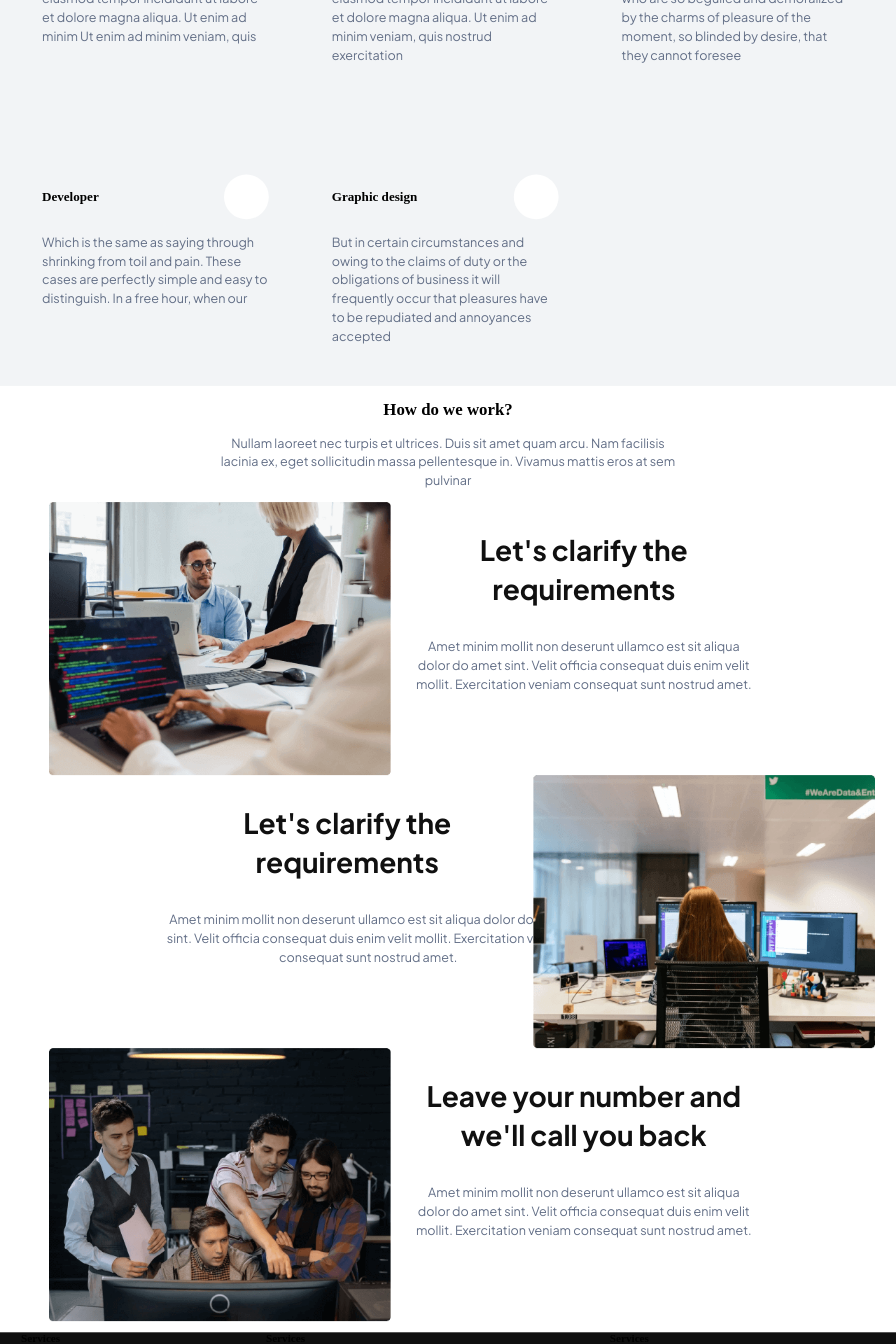
Repository: UlugbekAbdurasulov/pixar
Page: index.html
These files come from the project's save history. The page is drawn as it stood at one moment and after the next save; the edit follows.
The browser window is 1280 px wide. The pictures show the part of the page from y = 945 to 2865 px (the page is 3158 px tall before and 4088 px after), at 70% of full size.

Above is the page before, as saved 2023-06-05 04:30:27.

### index.html
<!DOCTYPE html>
<html lang="en">
  <head>
    <meta charset="UTF-8" />
    <meta http-equiv="X-UA-Compatible" content="IE=edge" />
    <meta name="viewport" content="width=device-width, initial-scale=1.0" />

    <link rel="stylesheet" href="./css/main.css" />
    <title>Imthon</title>
  </head>
  <body>
    <header class="navbar">
      <div class="container">
        <div class="navbar-box">
          <div class="navvar-right">
            <a href="#"
              ><img
                src="./image/logo.svg"
                width="81"
                height="28"
                alt="pixer campaign lagatip"
            /></a>

            <nav class="navbar-naving">
              <ul class="navvar-helper">
                <li class="navbar-menu">
                  <a class="navbar-menu-link" href="#"><p>Services</p></a>
                </li>
                <li class="navbar-menu">
                  <a class="navbar-menu-link" href="#"><p>Portfolio</p></a>
                </li>
                <li class="navbar-menu">
                  <a class="navbar-menu-link" href="#"><p>Team</p></a>
                </li>
                <li class="navbar-menu">
                  <a class="navbar-menu-link" href="#"><p>Blog</p></a>
                </li>
                <li class="navbar-menu">
                  <a class="navbar-menu-link" href="#"><p>Contacts</p></a>
                </li>
              </ul>
            </nav>
          </div>
          <div class="navbar-link">
            <a class="navbar-enker" href="tel:2395550108">(239) 555-0108 </a>
          </div>
        </div>
      </div>
    </header>
    <hr />




        <div class="container">
            <div  class="hero">
                <div class="hero-wrapper">
                    <div class="hero-wrapper-information">
                        <h1 class="hero-wrapper-footer">
                            Take your   business to the next level take out
                        </h1>
                        <p class="hero-wrapper-text">
                            Nullam laoreet nec turpis et ultrices. Duis sit amet quam arcu. Nam facilisis lacinia ex, eget sollicitudin massa pellentesque in. Vivamus mattis eros at sem pulvinar
                        </p>
                       <a class="hero-wrapper-enker" href="#">Learn more</a>
                    </div>
                    <img src="./image/You-Tube.png" width="532" height="334" alt="">
                </div>
            </div>
        </div>
    </menu>
    <section class="service">
      <div class="container">
        <ul class="service-list">
          <li class="service-item"> <div class="service-title-wrapper"> <h3 >Web Designer</h3> <div class="service-item-img-wrapper"><img src="" alt=""></div></div> <p class="service-item-desc">Lorem ipsum dolor sit amet, consectetur adipiscing elit, sed do eiusmod tempor incididunt ut labore et dolore magna aliqua. Ut enim ad minim Ut enim ad minim veniam, quis </p> <a class="service-item-link" href="#"></a></li>
          <li class="service-item"> <div class="service-title-wrapper"> <h3>SMM</h3> <div class="service-item-img-wrapper"><img src="" alt=""></div></div> <p class="service-item-desc">Lorem ipsum dolor sit amet, consectetur adipiscing elit, sed do eiusmod tempor incididunt ut labore et dolore magna aliqua. Ut enim ad minim veniam, quis nostrud exercitation  </p> <a class="service-item-link" href="#"></a></li>
          <li class="service-item"> <div class="service-title-wrapper"> <h3>Branding</h3> <div class="service-item-img-wrapper"><img src="" alt=""></div></div> <p class="service-item-desc">No the other hand, we denounce with righteous indignation and dislike men who are so beguiled and demoralized by the charms of pleasure of the moment, so blinded by desire, that they cannot foresee </p> <a class="service-item-link" href="#"></a></li>
          <li class="service-item"> <div class="service-title-wrapper"> <h3>Developer</h3> <div class="service-item-img-wrapper"><img src="" alt=""></div></div> <p class="service-item-desc">Which is the same as saying through shrinking from toil and pain. These cases are perfectly simple and easy to distinguish. In a free hour, when our </p> <a class="service-item-link" href="#"></a></li>
          <li class="service-item"> <div class="service-title-wrapper"> <h3>Graphic design</h3> <div class="service-item-img-wrapper"><img src="" alt=""></div></div> <p class="service-item-desc">But in certain circumstances and owing to the claims of duty or the obligations of business it will frequently occur that pleasures have to be repudiated and annoyances accepted</p> <a class="service-item-link" href="#"></a></li>
        </ul>
      </div>
    </section>


  <section>
    <div class="container">

      <div class="Services">
        <h2  class="Services-work">How do we work?</h2>
        <p class="services-work-text">Nullam laoreet nec turpis et ultrices. Duis sit amet quam arcu. Nam facilisis lacinia ex, eget sollicitudin massa pellentesque in. Vivamus mattis eros at sem pulvinar</p>
      </div>
   <ul>
    <li class="services-work"><img src="./image/lissining.png" alt=""> <div class="Services-cantent"><h3 class="Services-footer">Let's clarify the requirements</h3> <p class="Services-text"> Amet minim mollit non deserunt ullamco est sit aliqua dolor do amet sint. Velit officia consequat duis enim velit mollit. Exercitation veniam consequat sunt nostrud amet. </p></div></li>
    <li class="services-work roower"><img src="./image/work.png" width="488" height="390"  alt=""> <div class="Services-cantent cantent"><h3 class="Services-footer">Let's clarify the requirements</h3> <p class="Services-text text-ser"> Amet minim mollit non deserunt ullamco est sit aliqua dolor do amet sint. Velit officia consequat duis enim velit mollit. Exercitation veniam consequat sunt nostrud amet. </p></div></li>
    <li class="services-work"><img src="./image/team.png" alt=""> <div class="Services-cantent"><h3 class="Services-footer">Leave your number and we'll call you back</h3> <p class="Services-text"> Amet minim mollit non deserunt ullamco est sit aliqua dolor do amet sint. Velit officia consequat duis enim velit mollit. Exercitation veniam consequat sunt nostrud amet. </p></div></li>
   </ul>
    </div>
  </section>




  <footer class="sayt-footer">


      <div class="sayt-footer-start">

        <div class="container">
<div class="sayt-footer-start-box">
  <div class="boxxing">
  <div class="sayt-footer-start-services">
    <strong>Services</strong>
    <ul class="sayt-footer-start-child">
      <li  class="sayt-footer-start-text"><a class="sayt-footer-start-text"href="#" > SMM </a></li>
      <li class="sayt-footer-start-text"><a class="sayt-footer-start-text" href="#"> Web development</a></li>
      <li class="sayt-footer-start-text" ><a class="sayt-footer-start-text" href="#"> Mobile apps </a></li>
      <li class="sayt-footer-start-text"><a class="sayt-footer-start-text" href="#"> Branding </a></li>
      <li class="sayt-footer-start-text"><a class="sayt-footer-start-text" href="#"> Graphic design </a></li>
    </ul>

  </div>
  <div class="sayt-footer-start-Resources">
    <strong>Services</strong>
    <ul class="sayt-footer-start-child">
      <li class="sayt-footer-start-text" ><a class="sayt-footer-start-text" href="#">About us</a></li>
      <li class="sayt-footer-start-text"><a class="sayt-footer-start-text" href="#">Showcase</a></li>
      <li class="sayt-footer-start-text"><a class="sayt-footer-start-text" href="#">Blog</a></li>
    </ul>
  </div>
  </div>

  <div class="sayt-footer-start-Connect">
    <strong>Services</strong>
    <address class="sayt-footer-start-child-adress">
      <a class="sayt-footer-start-text" href="#">(239) 555-0108</a>
      <a class="sayt-footer-start-text" href="#">hello@pixer.com</a>
      <a class="sayt-footer-start-text" href="#">4140 Parker Rd. Allentown, New Mexico 31134</a>
    </address>
    <ul>
      <li></li>
    <li></li>
    <li></li>
    <li></li>

  </ul>

  </div>
</div>

        </div>

      </div>
      <div class="sayt-footer-bottom">
        <div class="container">

        </div>
      </div>

  </footer>
  </body>
</html>

### css/main.css
/* plus-jakarta-sans-regular - latin */
@font-face {
  font-display: swap; /* Check https://developer.mozilla.org/en-US/docs/Web/CSS/@font-face/font-display for other options. */
  font-family: "Plus Jakarta Sans";
  font-style: normal;
  font-weight: 400;
  src: url("../fontFamly/plus-jakarta-sans-v7-latin-regular.woff2")
      format("woff2"),
    /* Chrome 36+, Opera 23+, Firefox 39+, Safari 12+, iOS 10+ */
      url("../fontFamly/plus-jakarta-sans-v7-latin-regular.woff") format("woff"); /* Chrome 5+, Firefox 3.6+, IE 9+, Safari 5.1+, iOS 5+ */
}

@font-face {
  font-display: swap; /* Check https://developer.mozilla.org/en-US/docs/Web/CSS/@font-face/font-display for other options. */
  font-family: "Plus Jakarta Sans";
  font-style: italic;
  font-weight: 500;
  src: url("../fontFamly/plus-jakarta-sans-v7-latin-500italic.woff2")
      format("woff2"),
    /* Chrome 36+, Opera 23+, Firefox 39+, Safari 12+, iOS 10+ */
      url("../fontFamly/plus-jakarta-sans-v7-latin-500italic.woff")
      format("woff"); /* Chrome 5+, Firefox 3.6+, IE 9+, Safari 5.1+, iOS 5+ */
}

@font-face {
  font-display: swap; /* Check https://developer.mozilla.org/en-US/docs/Web/CSS/@font-face/font-display for other options. */
  font-family: "Plus Jakarta Sans";
  font-style: normal;
  font-weight: 600;
  src: url("../fontFamly/plus-jakarta-sans-v7-latin-600.woff2") format("woff2"),
    /* Chrome 36+, Opera 23+, Firefox 39+, Safari 12+, iOS 10+ */
      url("../fontFamly/plus-jakarta-sans-v7-latin-600.woff") format("woff"); /* Chrome 5+, Firefox 3.6+, IE 9+, Safari 5.1+, iOS 5+ */
}

@font-face {
  font-display: swap; /* Check https://developer.mozilla.org/en-US/docs/Web/CSS/@font-face/font-display for other options. */
  font-family: "Plus Jakarta Sans";
  font-style: normal;
  font-weight: 700;
  src: url("../fontFamly/plus-jakarta-sans-v7-latin-700.woff2") format("woff2"),
    /* Chrome 36+, Opera 23+, Firefox 39+, Safari 12+, iOS 10+ */
      url("../fontFamly/plus-jakarta-sans-v7-latin-700.woff") format("woff"); /* Chrome 5+, Firefox 3.6+, IE 9+, Safari 5.1+, iOS 5+ */
}

* {
  box-sizing: border-box;
  text-decoration: none;
  list-style: none;
}
body {
  margin: 0;
  padding: 0;
  background-color: #fff;
  font-family: "Plus Jakarta Sans", "Arial" sans-serif;
}
.container {
  width: 1260px;
  margin: 0px auto;
  padding: 0 20px;
}

.visually-hidden {
  position: absolute;
  width: 1px;
  height: 1px;
  margin: -1px;
  padding: 0;
  overflow: hidden;
  border: 0;
  clip: rect(0 0 0 0)
}

.navbar-box {
  padding-top: 24px;
  padding-bottom: 24px;
  display: flex;
  justify-content: space-between;
  align-items: center;
  margin: 0;
}

.navvar-right {
  display: flex;
  justify-content: center;
  align-items: center;
  margin: 0;
}
.navvar-helper {
  display: flex;
  margin: 0;
}
.navbar-menu {
  margin-right: 30px;
}
.navbar-enker {
  color: #fff;
  margin: auto right;
  background: #101010;
  border-radius: 6px;
  padding: 12px 24px;
  margin-top: 24px;
}
.navbar-menu-link :hover {
  color: #1aab7b;
}
.navbar-menu-link :active{

  color: #1aab7b;
  opacity: 0.6;
}

.hr {
  background: #ffffff;
  border-bottom: 1px solid #eeeef4;
}
.hero {
  padding-top: 91px;
  padding-bottom: 156px;
}
.hero-wrapper {
  display: flex;
  justify-content: space-between;
  margin: 0;
}
.hero-wrapper-information {
  width: 550px;
  margin: 0 auto;
}

.hero-wrapper-footer {
  font-family: "Plus Jakarta Sans";
  font-style: normal;
  font-weight: 700;
  font-size: 56px;
  line-height: 140%;
  color: #101010;
  margin: 0;
}
.hero-wrapper-text {
  font-family: "Plus Jakarta Sans";
  font-style: normal;
  font-weight: 400;
  font-size: 18px;
  line-height: 150%;
  color: #636f87;

  margin-bottom: 40px;
}

/* .navbar-link{
        margin: 0 auto;
        padding-top: 24px;
    } */
.navbar-menu-link {
  font-family: "Plus Jakarta Sans";
  font-style: normal;
  font-weight: 500;
  font-size: 16px;
  line-height: 150%;

  color: #101010;
}
.hero-wrapper-enker {
  font-family: "Plus Jakarta Sans";
  font-style: normal;
  font-weight: 700;
  font-size: 16px;
  line-height: 120%;

  text-align: center;
  padding: 20px 40px;
  color: #fff;
  border: 1px #1aab7b solid;
  background-color: #1aab7b;
  border-radius: 6px;
}

.hero-wrapper-enker:hover {
  background: #ffffff;
  border: 1.5px solid #1aab7b;
  border-radius: 6px;
  color: #1aab7b;
}
.hero-wrapper-enker :active{
  background-color: #1aab7b;
  opacity: 0.7;
  color: #fff;
}

.Services {
  width: 650px;
  /* margin: 0 auto; */

  margin: 0 auto;
  text-align: center;
}
.services-work {
  display: flex;
}
.Services-cantent {
  width: 488px;
  margin-left: 32px;
}
.roower {
  flex-direction: row-reverse;
}
.cantent {
  width: 532px;
}
.sayt-footer-start-box {
  display: flex;
  justify-content: space-between;
}
.sayt-footer-start-services {
  margin-right: 151px;
}
.sayt-footer-start-Connect {
  margin: auto right;
}
.sayt-footer-start-child {
  margin: 0;
}
.Services-footer{
  font-family: 'Plus Jakarta Sans';
font-style: normal;
font-weight: 700;
font-size: 40px;
line-height: 140%;
color: #101010;
}
.Services-text{
  font-family: 'Plus Jakarta Sans';
  font-style: normal;
  font-weight: 400;
  font-size: 18px;
  line-height: 150%;
  color: #636F87;
}

.boxxing {
  display: flex;
}
.text-ser{
width: 592px;
margin-right: 20px;
}
.services-work{
  font-family: 'Plus Jakarta Sans';
font-style: normal;
font-weight: 600;
font-size: 36px;
line-height: 140%;
/* or 50px */

text-align: center;

color: #101010;


/* Inside auto layout */

flex: none;
order: 0;
flex-grow: 0;
}

.service-list{
  display: flex;
  flex-wrap: wrap;
  align-self: flex-start;
  row-gap: 70px;
  column-gap:30px

}
.services-work-text{
  font-family: 'Plus Jakarta Sans';
  font-style: normal;
  font-weight: 400;
  font-size: 18px;
  line-height: 150%;
  /* or 27px */

  text-align: center;

  color: #636F87;
}
.sayt-footer-start-text {
  font-family: "Plus Jakarta Sans";
  font-style: normal;
  font-weight: 500;
  font-size: 18px;
  line-height: 150%;
  margin: 26px 0 26px 0;
  color: #a1a8b7;
  row-gap: 26px;
  display: block;
  column-gap: 26px;
}
.sayt-footer {
  background-color: #101010;
}
.sayt-footer-start-text :hover{
  color: #1aab7b;
}
.sayt-footer-start-text :active{
  color: #1AAB7B;

opacity: 0.8;
}
.sayt-footer-start-child-adress{
  /* display: flex; */
  display: block;
}


.service-list{
  margin: 0;
  padding-left: 0;
  list-style: none;
}
.service-item{
  width: 384px;
  padding: 30px 30px 40px;
}
.service-title-wrapper{
  display: flex;
  justify-content: space-between;
  align-items:center;
  margin-bottom: 11px;
}
.service{
  background-color: #F2F4F6;
}
.service-item-img-wrapper{
  width: 64px;
  height: 64px;
  background-color: #FFFFFF;
border-radius: 84px;
}
.service-item-desc{
  font-family: 'Plus Jakarta Sans';
font-style: normal;
font-weight: 400;
font-size: 18px;
line-height: 150%;
/* or 27px */
color: #636F87;
}
.service-item-link{
  font-family: 'Plus Jakarta Sans';
font-style: normal;
font-weight: 700;
font-size: 20px;
line-height: 140%;
text-decoration: none;
font-variant: all-small-caps;

color: #000000;
}
.service-item:hover .service-item-desc{
  color:#fff;

}
.service-item:hover .service-item-title{
  color:#fff;

}
.service-item:hover .service-item-link{

  color:#fff;
text-decoration: underline;
}

.service-item:hover{
  background-color:#1AAB7B;
  color:#fff;

}

.service-item:hover .service-item-img-wrapper{
  background-color:#fff;
}
.service-item:hover .service-item-title{
  color:#fff;

}

### image/logo.svg
<svg width="81" height="28" viewBox="0 0 81 28" fill="none" xmlns="http://www.w3.org/2000/svg">
<path d="M0 27.3919V0.303287H9.34316C10.5077 0.295204 11.664 0.499932 12.7556 0.907471C13.7897 1.29072 14.742 1.86772 15.5618 2.6078C16.3947 3.36821 17.057 4.29789 17.5046 5.3351C17.9523 6.3723 18.175 7.49328 18.158 8.62358C18.1698 9.74744 17.9445 10.8611 17.497 11.8913C17.0496 12.9215 16.39 13.8449 15.5618 14.6008C14.7422 15.3412 13.7899 15.9182 12.7556 16.3011C11.6648 16.7088 10.5093 16.9139 9.34542 16.9065H4.25674V27.3862L0 27.3919ZM9.45604 12.8257C10.1017 12.8382 10.7431 12.7171 11.34 12.4697C11.8662 12.2485 12.3409 11.92 12.7341 11.5051C13.1055 11.1105 13.3993 10.649 13.5999 10.1448C13.7961 9.66446 13.8984 9.15069 13.9013 8.63152C13.8979 7.55157 13.4798 6.51456 12.7341 5.73642C12.3077 5.30129 11.7976 4.95789 11.2348 4.72715C10.672 4.49641 10.0684 4.38315 9.46056 4.39429H4.25674V12.8302L9.45604 12.8257Z" fill="#191919"/>
<path d="M21.4734 8.85371V27.3919H25.6556V8.85371H21.4734Z" fill="#191919"/>
<path d="M26.3611 2.83451C26.3674 3.20623 26.2989 3.57538 26.1598 3.91992C26.0208 4.26446 25.814 4.57731 25.5518 4.83977C25.2975 5.10879 24.9903 5.32169 24.6496 5.46494C24.3089 5.60819 23.9422 5.67864 23.573 5.6718V0.000627874C23.9422 -0.00592918 24.3088 0.0646457 24.6494 0.207876C24.9901 0.351106 25.2973 0.563865 25.5518 0.832657C25.8134 1.09484 26.0199 1.40716 26.1589 1.75105C26.2979 2.09495 26.3667 2.4634 26.3611 2.83451Z" fill="#35AF39"/>
<path d="M23.5696 0.000636352V5.67521C23.1955 5.68389 22.8238 5.61441 22.4779 5.47118C22.132 5.32795 21.8195 5.11409 21.5603 4.84318C21.2969 4.58076 21.0891 4.26751 20.9494 3.92231C20.8097 3.5771 20.7411 3.20708 20.7475 2.83452C20.7422 2.46314 20.8114 2.09449 20.9511 1.75055C21.0907 1.40662 21.2979 1.09445 21.5603 0.832666C21.8199 0.562198 22.1324 0.34864 22.4782 0.205443C22.824 0.0622456 23.1956 -0.00748732 23.5696 0.000636352Z" fill="#35AF39"/>
<path d="M34.8486 17.9709L28.481 8.85371H33.3417L37.3343 14.7176H37.4471L41.1722 8.85371H46.2203L39.7781 17.9709L46.3331 27.3919H41.3664L37.3726 21.3387H37.2598L33.2999 27.3919H28.3681L34.8486 17.9709Z" fill="#191919"/>
<path d="M65.2893 22.9653C64.4947 24.4194 63.3552 25.654 61.9717 26.5598C60.5419 27.5196 58.7843 27.9995 56.699 27.9995C55.3882 28.0133 54.088 27.7623 52.8757 27.2615C51.7354 26.7889 50.7032 26.0872 49.8426 25.1996C48.9783 24.302 48.2996 23.2413 47.8458 22.0789C47.3571 20.8192 47.1142 19.4769 47.1301 18.1251C47.1227 16.8268 47.3523 15.5382 47.8074 14.3231C48.2358 13.1637 48.8815 12.0975 49.7094 11.182C50.5737 10.2405 51.6261 9.49271 52.7979 8.98757C53.9696 8.48244 55.2344 8.23133 56.5094 8.25066C57.9392 8.25066 59.214 8.49022 60.3338 8.96934C61.4151 9.42349 62.3856 10.1076 63.1784 10.9746C63.9808 11.8743 64.5899 12.9305 64.9676 14.0771C65.3926 15.3558 65.6028 16.6966 65.5895 18.0446V18.3846C65.5654 18.4964 65.5526 18.6104 65.5512 18.7247C65.5266 18.8237 65.514 18.9253 65.5139 19.0274H51.3123C51.3651 19.8327 51.583 20.6185 51.9524 21.3353C52.2761 21.9571 52.7174 22.5096 53.2516 22.9619C53.7568 23.3856 54.3391 23.7067 54.9663 23.9073C55.562 24.1045 56.1847 24.2066 56.8119 24.21C58.016 24.21 59.0082 23.9202 59.7886 23.3405C60.5665 22.7601 61.2192 22.0274 61.7075 21.1868L65.2893 22.9653ZM61.4073 15.8149C61.3409 15.3791 61.2207 14.9534 61.0495 14.5476C60.85 14.0652 60.5555 13.6284 60.1837 13.2632C59.7461 12.8402 59.2354 12.5006 58.6767 12.2612C58.0619 11.9838 57.315 11.8452 56.436 11.8452C55.2319 11.8452 54.1957 12.2045 53.3273 12.9232C52.4588 13.6418 51.8749 14.6057 51.5753 15.8149H61.4073Z" fill="#191919"/>
<path d="M68.7547 8.85369H72.7055V11.6536H72.9313C73.1688 11.1616 73.4819 10.7102 73.8591 10.316C74.247 9.89965 74.6912 9.54019 75.1787 9.24817C75.6682 8.95657 76.186 8.71577 76.7241 8.5295C77.226 8.34898 77.7544 8.25397 78.2875 8.24837C78.8074 8.23859 79.3264 8.29612 79.8317 8.41954C80.2394 8.52653 80.632 8.68498 81 8.8911L79.7944 12.7123C79.4992 12.5808 79.1891 12.4856 78.8711 12.4289C78.4668 12.3607 78.0573 12.3288 77.6474 12.3337C77.0015 12.3262 76.3626 12.4698 75.7815 12.7531C75.2163 13.0321 74.7108 13.4195 74.2937 13.8935C73.8555 14.3945 73.5168 14.9752 73.2959 15.604C73.0551 16.2746 72.9339 16.9826 72.938 17.6954V27.3918H68.7614L68.7547 8.85369Z" fill="#191919"/>
</svg>

After the next save:
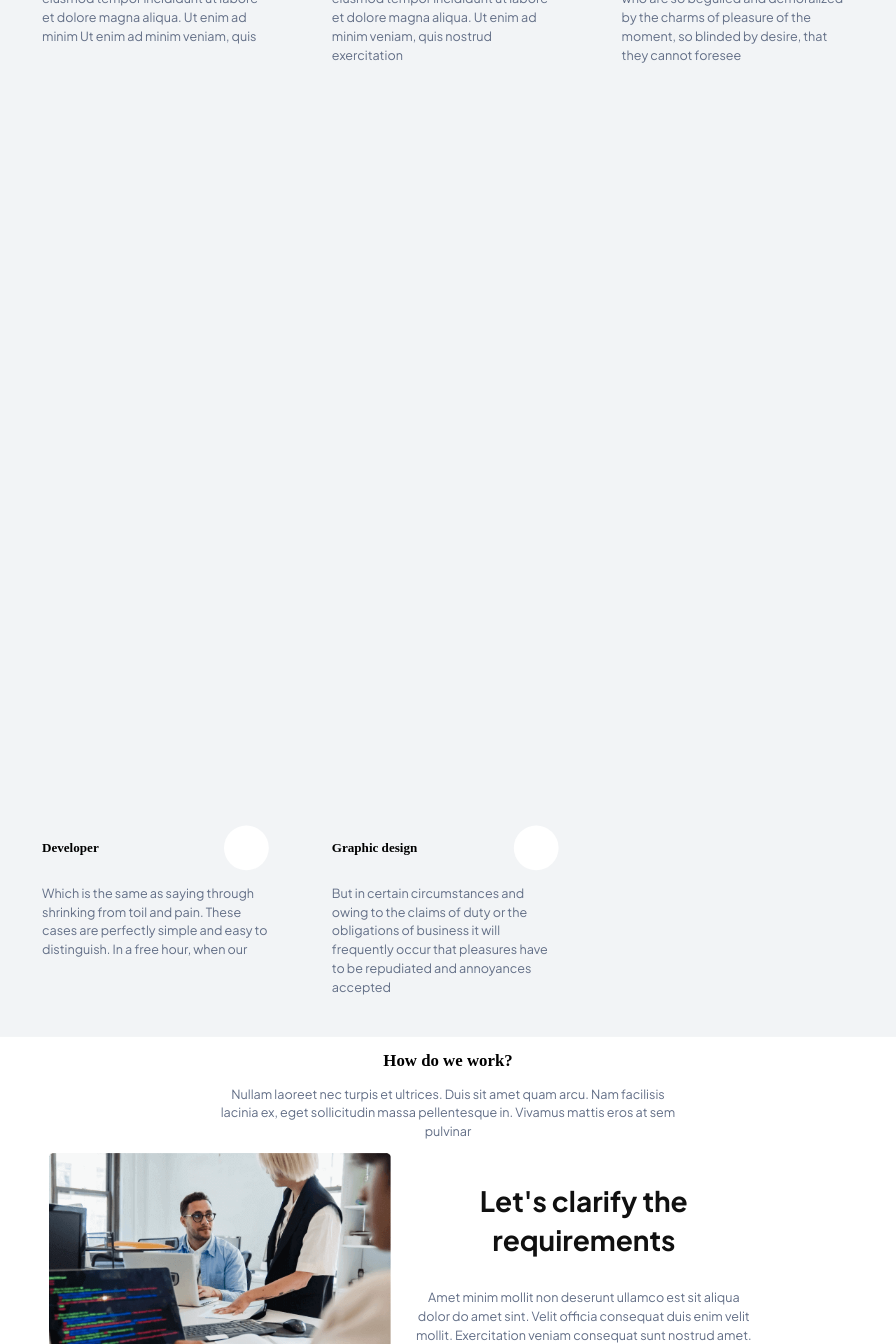
Saved 9 s later.
--- a/css/main.css
+++ b/css/main.css
@@ -268,7 +268,7 @@ flex-grow: 0;
   display: flex;
   flex-wrap: wrap;
   align-self: flex-start;
-  row-gap: 70px;
+  row-gap: 1000px;
   column-gap:30px
 
 }
